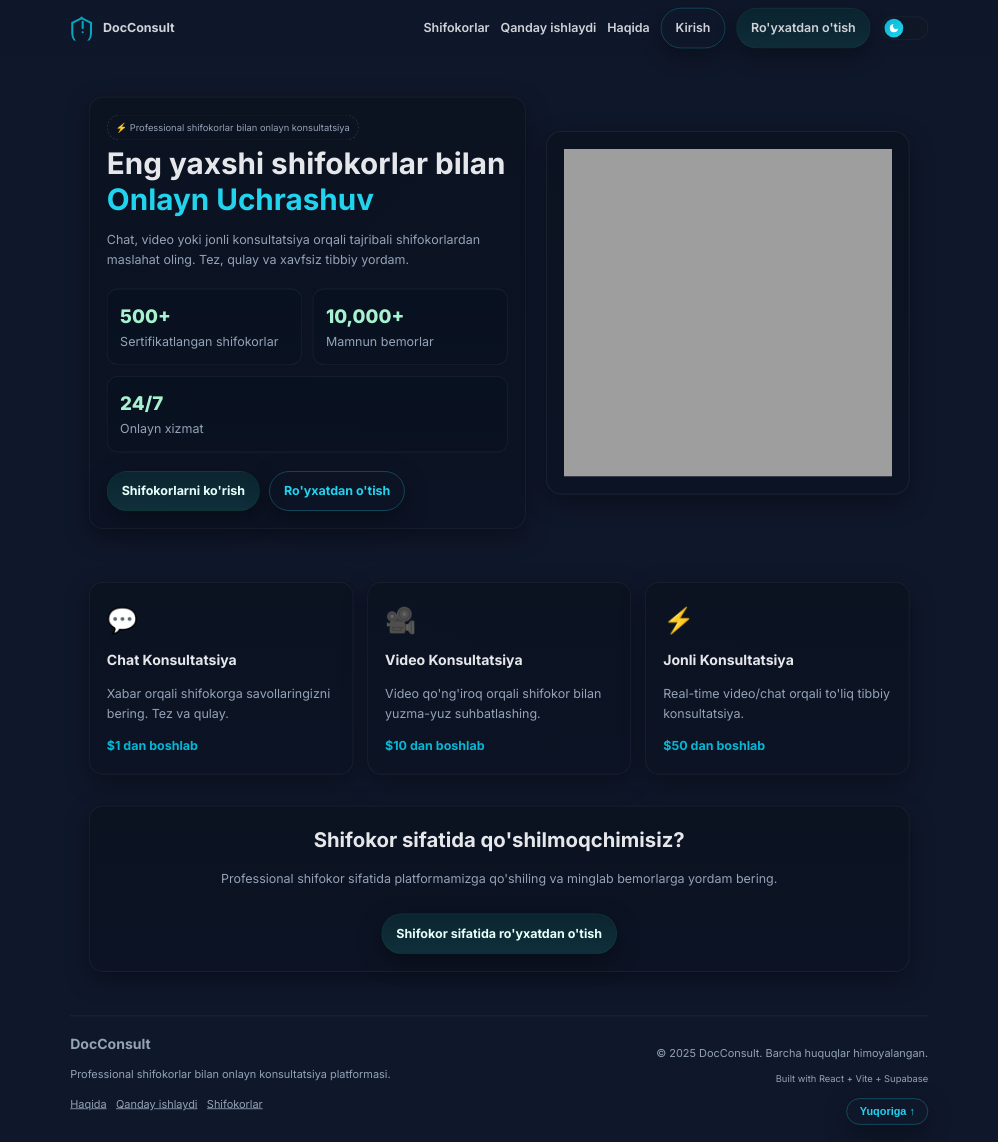
Repository: diyorbe-beep/-----------
Page: /
An editor plug-in stored every save of this project. The page is shown before and after the next save, followed by the edit.
The browser window is 1280 px wide. The pictures show the whole page, at 78% of full size.
Pictures or frames that could not be fetched are drawn as grey boxes. The page's requests for data from a server got no answer. The project was rebuilt for these pictures with package versions that can differ from the ones it lists, and the page was loaded fresh each time. No one was signed in, and anything a server would have sent is missing. Also part of the build but not shown: vite.config.js, src/components/DemoModeWarning.jsx, src/pages/Login.jsx, src/pages/Register.jsx, src/components/DoctorSearch.jsx, src/components/DoctorCard.jsx, src/pages/DoctorList.jsx, src/pages/DoctorDetail.jsx and 12 more.

Above is the page before, as saved 2025-10-20 22:09:10.

### index.html
<!DOCTYPE html>
<html lang="uz">
<head>
  <meta charset="UTF-8" />
  <link rel="icon" type="image/svg+xml" href="data:[embedded picture, 173 characters]" />
  <meta name="viewport" content="width=device-width, initial-scale=1.0" />

  <!-- SEO Meta Tags -->
  <title>DocConsult - Professional shifokorlar bilan onlayn konsultatsiya</title>
  <meta name="description" content="Chat, video yoki jonli konsultatsiya orqali tajribali shifokorlardan maslahat oling. $1 dan boshlab. Tez, qulay va xavfsiz tibbiy yordam.">
  <meta name="keywords" content="doctor, consultation, online, telemedicine, healthcare, shifokor, konsultatsiya">
  <meta name="author" content="DocConsult">

  <!-- Open Graph / Facebook -->
  <meta property="og:type" content="website">
  <meta property="og:url" content="https://docconsult.uz/">
  <meta property="og:title" content="DocConsult - Professional Doctor Consultation Platform">
  <meta property="og:description" content="Connect with certified doctors online. Chat, Video, or Live consultations starting from $1">
  <meta property="og:image" content="/og-image.jpg">

  <!-- Twitter -->
  <meta property="twitter:card" content="summary_large_image">
  <meta property="twitter:url" content="https://docconsult.uz/">
  <meta property="twitter:title" content="DocConsult - Professional Doctor Consultation">
  <meta property="twitter:description" content="Connect with certified doctors online. Starting from $1">
  <meta property="twitter:image" content="/og-image.jpg">

  <!-- Fonts -->
  <link rel="preconnect" href="https://fonts.googleapis.com">
  <link rel="preconnect" href="https://fonts.gstatic.com" crossorigin>
  <link href="https://fonts.googleapis.com/css2?family=Inter:wght@300;400;600;700;800&display=swap" rel="stylesheet">

  <!-- Schema.org markup -->
  <script type="application/ld+json">
  {
    "@context": "https://schema.org",
    "@type": "WebApplication",
    "name": "DocConsult",
    "description": "Professional doctor consultation platform",
    "applicationCategory": "HealthApplication",
    "offers": {
      "@type": "Offer",
      "price": "1.00",
      "priceCurrency": "USD"
    }
  }
  </script>
</head>
<body>
  <noscript>
    <div style="padding: 40px; text-align: center; font-family: sans-serif;">
      <h1>JavaScript Required</h1>
      <p>Please enable JavaScript to run this application.</p>
      <p>Iltimos, JavaScript'ni yoqing.</p>
    </div>
  </noscript>
  <div id="root"></div>
  <script type="module" src="/src/main.jsx"></script>
</body>
</html>

### src/main.jsx
import React from 'react'
import ReactDOM from 'react-dom/client'
import './index.css'
import App from './App.jsx'

ReactDOM.createRoot(document.getElementById('root')).render(
  <React.StrictMode>
    <App />
  </React.StrictMode>,
)

### src/App.jsx
import React from 'react'
import { BrowserRouter, Routes, Route, Navigate } from 'react-router-dom'
import { ThemeProvider } from './contexts/ThemeContext.jsx'
import { AuthProvider, useAuth } from './contexts/AuthContext.jsx'

// Layout
import Header from './components/Layout/Header.jsx'
import Footer from './components/Footer.jsx'

// Public Pages
import Home from './pages/Home.jsx'
import Login from './pages/Login.jsx'
import Register from './pages/Register.jsx'
import DoctorList from './pages/DoctorList.jsx'
import DoctorDetail from './pages/DoctorDetail.jsx'

// Doctor Pages
import DoctorDashboard from './pages/DoctorDashboard.jsx'
import DoctorProfileSetup from './pages/DoctorProfileSetup.jsx'
import ServiceManagement from './pages/ServiceManagement.jsx'

// Patient Pages
import PatientDashboard from './pages/PatientDashboard.jsx'
import Booking from './pages/Booking.jsx'

// Other Pages
import Profile from './pages/Profile.jsx'
import AdminVerification from './pages/AdminVerification.jsx'
import NotFound from './pages/NotFound.jsx'
import DemoMode from './pages/DemoMode.jsx'
import HowItWorks from './pages/HowItWorks.jsx'
import About from './pages/About.jsx'

// Protected Route wrapper
const ProtectedRoute = ({ children, requireRole }) => {
  const { user, profile, loading } = useAuth()

  if (loading) {
    return (
      <div style={{ minHeight: '80vh', display: 'flex', alignItems: 'center', justifyContent: 'center' }}>
        <div className="spinner"></div>
      </div>
    )
  }

  if (!user) {
    return <Navigate to="/login" replace />
  }

  if (requireRole && profile?.role !== requireRole) {
    return <Navigate to="/" replace />
  }

  return children
}

function AppContent() {
  return (
    <BrowserRouter>
      <div className="App">
        <Header />
        <Routes>
          {/* Public Routes */}
          <Route path="/" element={<Home />} />
          <Route path="/login" element={<Login />} />
          <Route path="/register" element={<Register />} />
          <Route path="/doctors" element={<DoctorList />} />
          <Route path="/doctors/:id" element={<DoctorDetail />} />

          {/* Doctor Routes */}
          <Route
            path="/doctor/dashboard"
            element={
              <ProtectedRoute requireRole="doctor">
                <DoctorDashboard />
              </ProtectedRoute>
            }
          />
          <Route
            path="/doctor/profile/setup"
            element={
              <ProtectedRoute requireRole="doctor">
                <DoctorProfileSetup />
              </ProtectedRoute>
            }
          />
          <Route
            path="/doctor/services"
            element={
              <ProtectedRoute requireRole="doctor">
                <ServiceManagement />
              </ProtectedRoute>
            }
          />

          {/* Patient Routes */}
          <Route
            path="/patient/dashboard"
            element={
              <ProtectedRoute requireRole="patient">
                <PatientDashboard />
              </ProtectedRoute>
            }
          />
          <Route
            path="/booking/:serviceId"
            element={
              <ProtectedRoute>
                <Booking />
              </ProtectedRoute>
            }
          />

          {/* Profile & Settings */}
          <Route
            path="/profile"
            element={
              <ProtectedRoute>
                <Profile />
              </ProtectedRoute>
            }
          />

          {/* Admin Routes (Demo - add proper admin role in production) */}
          <Route
            path="/admin/verification"
            element={
              <ProtectedRoute>
                <AdminVerification />
              </ProtectedRoute>
            }
          />

          {/* Info Pages */}
          <Route path="/demo-mode" element={<DemoMode />} />
          <Route path="/how-it-works" element={<HowItWorks />} />
          <Route path="/about" element={<About />} />

          {/* 404 */}
          <Route path="*" element={<NotFound />} />
        </Routes>
        <Footer />
      </div>
    </BrowserRouter>
  )
}

function App() {
  return (
    <ThemeProvider>
      <AuthProvider>
        <AppContent />
      </AuthProvider>
    </ThemeProvider>
  )
}

export default App

### src/contexts/ThemeContext.jsx
import React, { createContext, useContext, useState, useEffect } from 'react'

const ThemeContext = createContext()

export const useTheme = () => {
  const context = useContext(ThemeContext)
  if (!context) {
    throw new Error('useTheme must be used within ThemeProvider')
  }
  return context
}

export const ThemeProvider = ({ children }) => {
  const [theme, setTheme] = useState(() => {
    // Check localStorage first
    const saved = localStorage.getItem('theme')
    if (saved) return saved

    // Then check system preference
    if (window.matchMedia && window.matchMedia('(prefers-color-scheme: dark)').matches) {
      return 'dark'
    }

    return 'dark' // Default to dark
  })

  useEffect(() => {
    // Apply theme to document
    document.documentElement.setAttribute('data-theme', theme)
    localStorage.setItem('theme', theme)
  }, [theme])

  const toggleTheme = () => {
    setTheme(prev => prev === 'dark' ? 'light' : 'dark')
  }

  return (
    <ThemeContext.Provider value={{ theme, toggleTheme }}>
      {children}
    </ThemeContext.Provider>
  )
}

### src/contexts/AuthContext.jsx
import React, { createContext, useContext, useState, useEffect } from 'react'
import { authHelpers } from '../lib/supabase.js'

const AuthContext = createContext()

export const useAuth = () => {
  const context = useContext(AuthContext)
  if (!context) {
    throw new Error('useAuth must be used within AuthProvider')
  }
  return context
}

export const AuthProvider = ({ children }) => {
  const [user, setUser] = useState(null)
  const [profile, setProfile] = useState(null)
  const [loading, setLoading] = useState(true)

  useEffect(() => {
    // Check current session
    checkUser()

    // Listen for auth changes
    const { data: { subscription } } = authHelpers.onAuthStateChange(async (event, session) => {
      if (session?.user) {
        setUser(session.user)
        await loadUserProfile(session.user.id)
      } else {
        setUser(null)
        setProfile(null)
      }
      setLoading(false)
    })

    return () => {
      subscription?.unsubscribe()
    }
  }, [])

  const checkUser = async () => {
    try {
      const currentUser = await authHelpers.getCurrentUser()
      if (currentUser) {
        setUser(currentUser)
        await loadUserProfile(currentUser.id)
      }
    } catch (error) {
      console.error('Error checking user:', error)
    } finally {
      setLoading(false)
    }
  }

  const loadUserProfile = async (userId) => {
    try {
      const userProfile = await authHelpers.getUserProfile(userId)
      setProfile(userProfile)
    } catch (error) {
      console.error('Error loading profile:', error)
    }
  }

  const signUp = async (email, password, fullName, role = 'patient') => {
    setLoading(true)
    try {
      const data = await authHelpers.signUp({ email, password, fullName, role })

      // If user is immediately signed in, update local state
      if (data.user && data.session) {
        setUser(data.user)
        await loadUserProfile(data.user.id)
      }

      return data
    } catch (error) {
      throw error
    } finally {
      setLoading(false)
    }
  }

  const signIn = async (email, password) => {
    setLoading(true)
    try {
      const data = await authHelpers.signIn({ email, password })
      return data
    } catch (error) {
      throw error
    } finally {
      setLoading(false)
    }
  }

  const signOut = async () => {
    setLoading(true)
    try {
      await authHelpers.signOut()
      setUser(null)
      setProfile(null)
    } catch (error) {
      throw error
    } finally {
      setLoading(false)
    }
  }

  const value = {
    user,
    profile,
    loading,
    signUp,
    signIn,
    signOut,
    isDoctor: profile?.role === 'doctor',
    isPatient: profile?.role === 'patient',
    reloadProfile: () => loadUserProfile(user?.id)
  }

  return (
    <AuthContext.Provider value={value}>
      {children}
    </AuthContext.Provider>
  )
}

### src/components/Layout/Header.jsx
import React from 'react'
import { Link } from 'react-router-dom'
import { useAuth } from '../../contexts/AuthContext.jsx'
import ThemeToggle from '../ThemeToggle.jsx'

const Header = () => {
  const { user, profile, signOut } = useAuth()

  return (
    <header>
      <div className="container nav">
        <Link to="/" style={{ display: 'flex', gap: '10px', alignItems: 'center', textDecoration: 'none' }}>
          <svg width="32" height="32" viewBox="0 0 24 24" fill="none" xmlns="http://www.w3.org/2000/svg">
            <path d="M12 2L2 7v10c0 5.5 3.8 9.7 9 11 5.2-1.3 9-5.5 9-11V7l-10-5z" stroke="var(--brand)" strokeWidth="2" fill="none"/>
            <path d="M12 6v6M12 16h.01" stroke="var(--brand)" strokeWidth="2" strokeLinecap="round"/>
          </svg>
          <strong style={{ color: 'var(--txt)' }}>DocConsult</strong>
        </Link>

        <nav style={{ display: 'flex', gap: '14px', alignItems: 'center' }}>
          <Link to="/doctors">Shifokorlar</Link>
          <Link to="/how-it-works">Qanday ishlaydi</Link>
          <Link to="/about">Haqida</Link>

          {!user ? (
            <>
              <Link to="/login" className="btn btn-outline">Kirish</Link>
              <Link to="/register" className="btn">Ro'yxatdan o'tish</Link>
            </>
          ) : (
            <>
              <Link to={profile?.role === 'doctor' ? '/doctor/dashboard' : '/patient/dashboard'}>
                Dashboard
              </Link>
              <Link to="/profile">Profil</Link>
              <button onClick={signOut} className="btn btn-outline">
                Chiqish
              </button>
              {profile?.avatar_url && (
                <div className="avatar">
                  <img src={profile.avatar_url} alt={profile.full_name} />
                </div>
              )}
            </>
          )}

          <ThemeToggle />
        </nav>
      </div>
    </header>
  )
}

export default Header

### src/components/Footer.jsx
import React from 'react'
import { Link } from 'react-router-dom'

const Footer = () => {
  const currentYear = new Date().getFullYear()

  const scrollToTop = () => {
    window.scrollTo({ top: 0, behavior: 'smooth' })
  }

  return (
    <section className="footer container">
      <div className="grid-2" style={{ gap: '32px' }}>
        <div>
          <strong style={{ fontSize: '18px', marginBottom: '12px', display: 'block' }}>
            DocConsult
          </strong>
          <p className="muted" style={{ margin: '0 0 12px', fontSize: '14px' }}>
            Professional shifokorlar bilan onlayn konsultatsiya platformasi.
          </p>
          <div style={{ display: 'flex', gap: '12px', marginTop: '16px' }}>
            <Link to="/about" className="muted" style={{ fontSize: '14px' }}>Haqida</Link>
            <Link to="/how-it-works" className="muted" style={{ fontSize: '14px' }}>Qanday ishlaydi</Link>
            <Link to="/doctors" className="muted" style={{ fontSize: '14px' }}>Shifokorlar</Link>
          </div>
        </div>
        <div style={{ textAlign: 'right' }}>
          <p className="muted" style={{ fontSize: '14px', marginBottom: '8px' }}>
            © {currentYear} DocConsult. Barcha huquqlar himoyalangan.
          </p>
          <p className="muted" style={{ fontSize: '12px', marginBottom: '16px' }}>
            Built with React + Vite + Supabase
          </p>
          <button
            onClick={scrollToTop}
            className="btn btn-outline"
            style={{ fontSize: '14px', padding: '8px 16px' }}
          >
            Yuqoriga ↑
          </button>
        </div>
      </div>
    </section>
  )
}

export default Footer

### src/pages/Home.jsx
import React, { useEffect, useState } from 'react'
import { Link } from 'react-router-dom'
import { supabase } from '../lib/supabase.js'

const Home = () => {
  const [isDemoMode, setIsDemoMode] = useState(false)

  useEffect(() => {
    setIsDemoMode(!supabase)
  }, [])

  return (
    <main className="container">
      {isDemoMode && (
        <div className="card" style={{
          marginTop: '24px',
          padding: '16px',
          background: 'rgba(245, 158, 11, 0.1)',
          border: '1px solid var(--warning)'
        }}>
          <div style={{ display: 'flex', gap: '12px', alignItems: 'center' }}>
            <span style={{ fontSize: '24px' }}>⚠️</span>
            <div style={{ flex: 1 }}>
              <strong style={{ color: 'var(--warning)' }}>Demo Mode</strong>
              <p className="muted" style={{ margin: '4px 0 0', fontSize: '14px' }}>
                Supabase sozlanmagan. Login/Register ishlamaydi.
                <Link to="/demo-mode" style={{ color: 'var(--brand)', marginLeft: '8px' }}>
                  Qanday sozlash →
                </Link>
              </p>
            </div>
          </div>
        </div>
      )}

      <section className="hero">
        <div className="card">
          <span className="tag">⚡ Professional shifokorlar bilan onlayn konsultatsiya</span>
          <h1>
            Eng yaxshi shifokorlar bilan <span style={{ color: 'var(--brand-2)' }}>Onlayn Uchrashuv</span>
          </h1>
          <p className="muted">
            Chat, video yoki jonli konsultatsiya orqali tajribali shifokorlardan maslahat oling.
            Tez, qulay va xavfsiz tibbiy yordam.
          </p>
          <div className="kpi" style={{ marginTop: '24px' }}>
            <div className="item">
              <div className="n">500+</div>
              <div className="muted">Sertifikatlangan shifokorlar</div>
            </div>
            <div className="item">
              <div className="n">10,000+</div>
              <div className="muted">Mamnun bemorlar</div>
            </div>
            <div className="item">
              <div className="n">24/7</div>
              <div className="muted">Onlayn xizmat</div>
            </div>
          </div>
          <div style={{ display: 'flex', gap: '12px', marginTop: '24px', flexWrap: 'wrap' }}>
            <Link to="/doctors" className="btn">
              Shifokorlarni ko'rish
            </Link>
            <Link to="/register" className="btn btn-outline">
              Ro'yxatdan o'tish
            </Link>
          </div>
        </div>
        <div className="portrait card">
          <img
            src="https://images.unsplash.com/photo-1559839734-2b71ea197ec2?q=80&w=1200&auto=format&fit=crop"
            alt="Doctor consultation illustration"
          />
        </div>
      </section>

      <section className="grid-3" style={{ marginTop: '40px' }}>
        <div className="card">
          <div style={{ fontSize: '32px', marginBottom: '12px' }}>💬</div>
          <h3>Chat Konsultatsiya</h3>
          <p className="muted">
            Xabar orqali shifokorga savollaringizni bering. Tez va qulay.
          </p>
          <div style={{ marginTop: '16px', color: 'var(--brand)', fontWeight: '700' }}>
            $1 dan boshlab
          </div>
        </div>

        <div className="card">
          <div style={{ fontSize: '32px', marginBottom: '12px' }}>🎥</div>
          <h3>Video Konsultatsiya</h3>
          <p className="muted">
            Video qo'ng'iroq orqali shifokor bilan yuzma-yuz suhbatlashing.
          </p>
          <div style={{ marginTop: '16px', color: 'var(--brand)', fontWeight: '700' }}>
            $10 dan boshlab
          </div>
        </div>

        <div className="card">
          <div style={{ fontSize: '32px', marginBottom: '12px' }}>⚡</div>
          <h3>Jonli Konsultatsiya</h3>
          <p className="muted">
            Real-time video/chat orqali to'liq tibbiy konsultatsiya.
          </p>
          <div style={{ marginTop: '16px', color: 'var(--brand)', fontWeight: '700' }}>
            $50 dan boshlab
          </div>
        </div>
      </section>

      <section className="card" style={{ marginTop: '40px', textAlign: 'center' }}>
        <h2>Shifokor sifatida qo'shilmoqchimisiz?</h2>
        <p className="muted">
          Professional shifokor sifatida platformamizga qo'shiling va minglab bemorlarga yordam bering.
        </p>
        <Link to="/register" className="btn" style={{ marginTop: '16px' }}>
          Shifokor sifatida ro'yxatdan o'tish
        </Link>
      </section>
    </main>
  )
}

export default Home

### src/components/ThemeToggle.jsx
import React from 'react'
import { useTheme } from '../contexts/ThemeContext.jsx'

const ThemeToggle = () => {
  const { theme, toggleTheme } = useTheme()

  return (
    <button
      className="theme-toggle"
      onClick={toggleTheme}
      aria-label={`Switch to ${theme === 'dark' ? 'light' : 'dark'} mode`}
    >
      <div className="theme-toggle-thumb">
        {theme === 'dark' ? (
          <svg viewBox="0 0 24 24" fill="currentColor">
            <path d="M21 12.79A9 9 0 1 1 11.21 3 7 7 0 0 0 21 12.79z" />
          </svg>
        ) : (
          <svg viewBox="0 0 24 24" fill="currentColor">
            <circle cx="12" cy="12" r="5" />
            <path d="M12 1v2m0 18v2M4.22 4.22l1.42 1.42m12.72 12.72l1.42 1.42M1 12h2m18 0h2M4.22 19.78l1.42-1.42m12.72-12.72l1.42-1.42" />
          </svg>
        )}
      </div>
    </button>
  )
}

export default ThemeToggle

Loaded but not shown: src/lib/supabase.js (library); src/index.css (382 lines, source omitted); src/styles/themes.css (256 lines, source omitted)

After the next save:
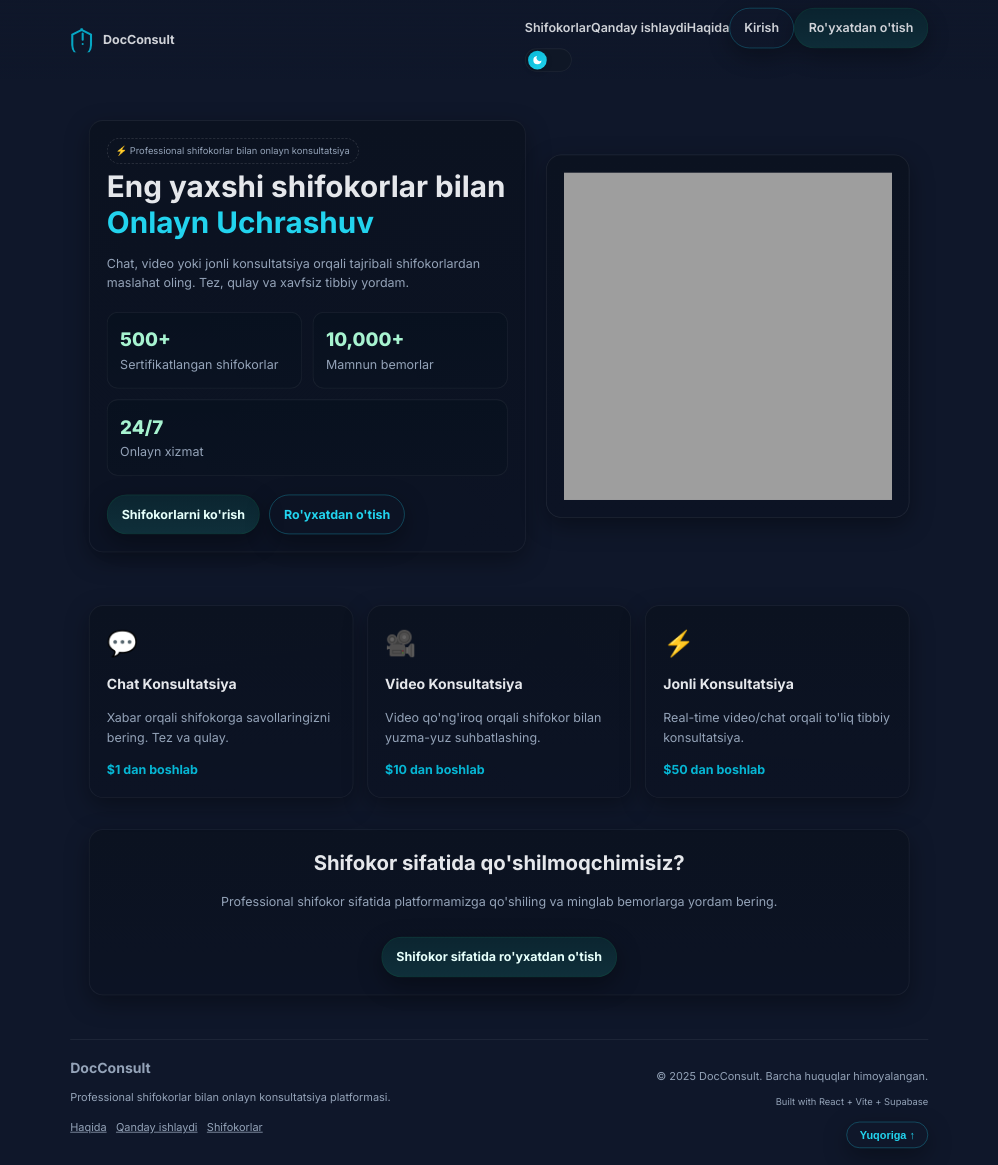
Saved 22 s later.
--- a/src/components/Layout/Header.jsx
+++ b/src/components/Layout/Header.jsx
@@ -1,10 +1,11 @@
-import React from 'react'
+import React, { useState } from 'react'
 import { Link } from 'react-router-dom'
 import { useAuth } from '../../contexts/AuthContext.jsx'
 import ThemeToggle from '../ThemeToggle.jsx'
 
 const Header = () => {
   const { user, profile, signOut } = useAuth()
+  const [isMobileMenuOpen, setIsMobileMenuOpen] = useState(false)
 
   return (
     <header>
@@ -17,23 +18,40 @@ const Header = () => {
           <strong style={{ color: 'var(--txt)' }}>DocConsult</strong>
         </Link>
 
-        <nav style={{ display: 'flex', gap: '14px', alignItems: 'center' }}>
-          <Link to="/doctors">Shifokorlar</Link>
-          <Link to="/how-it-works">Qanday ishlaydi</Link>
-          <Link to="/about">Haqida</Link>
+        {/* Mobile Menu Button */}
+        <button
+          className="mobile-menu-btn"
+          onClick={() => setIsMobileMenuOpen(!isMobileMenuOpen)}
+          style={{
+            display: 'none',
+            background: 'none',
+            border: 'none',
+            color: 'var(--txt)',
+            fontSize: '24px',
+            cursor: 'pointer',
+            padding: '8px'
+          }}
+        >
+          ☰
+        </button>
+
+        <nav className={`nav-menu ${isMobileMenuOpen ? 'nav-menu-open' : ''}`}>
+          <Link to="/doctors" onClick={() => setIsMobileMenuOpen(false)}>Shifokorlar</Link>
+          <Link to="/how-it-works" onClick={() => setIsMobileMenuOpen(false)}>Qanday ishlaydi</Link>
+          <Link to="/about" onClick={() => setIsMobileMenuOpen(false)}>Haqida</Link>
 
           {!user ? (
             <>
-              <Link to="/login" className="btn btn-outline">Kirish</Link>
-              <Link to="/register" className="btn">Ro'yxatdan o'tish</Link>
+              <Link to="/login" className="btn btn-outline" onClick={() => setIsMobileMenuOpen(false)}>Kirish</Link>
+              <Link to="/register" className="btn" onClick={() => setIsMobileMenuOpen(false)}>Ro'yxatdan o'tish</Link>
             </>
           ) : (
             <>
-              <Link to={profile?.role === 'doctor' ? '/doctor/dashboard' : '/patient/dashboard'}>
+              <Link to={profile?.role === 'doctor' ? '/doctor/dashboard' : '/patient/dashboard'} onClick={() => setIsMobileMenuOpen(false)}>
                 Dashboard
               </Link>
-              <Link to="/profile">Profil</Link>
-              <button onClick={signOut} className="btn btn-outline">
+              <Link to="/profile" onClick={() => setIsMobileMenuOpen(false)}>Profil</Link>
+              <button onClick={() => { signOut(); setIsMobileMenuOpen(false); }} className="btn btn-outline">
                 Chiqish
               </button>
               {profile?.avatar_url && (
